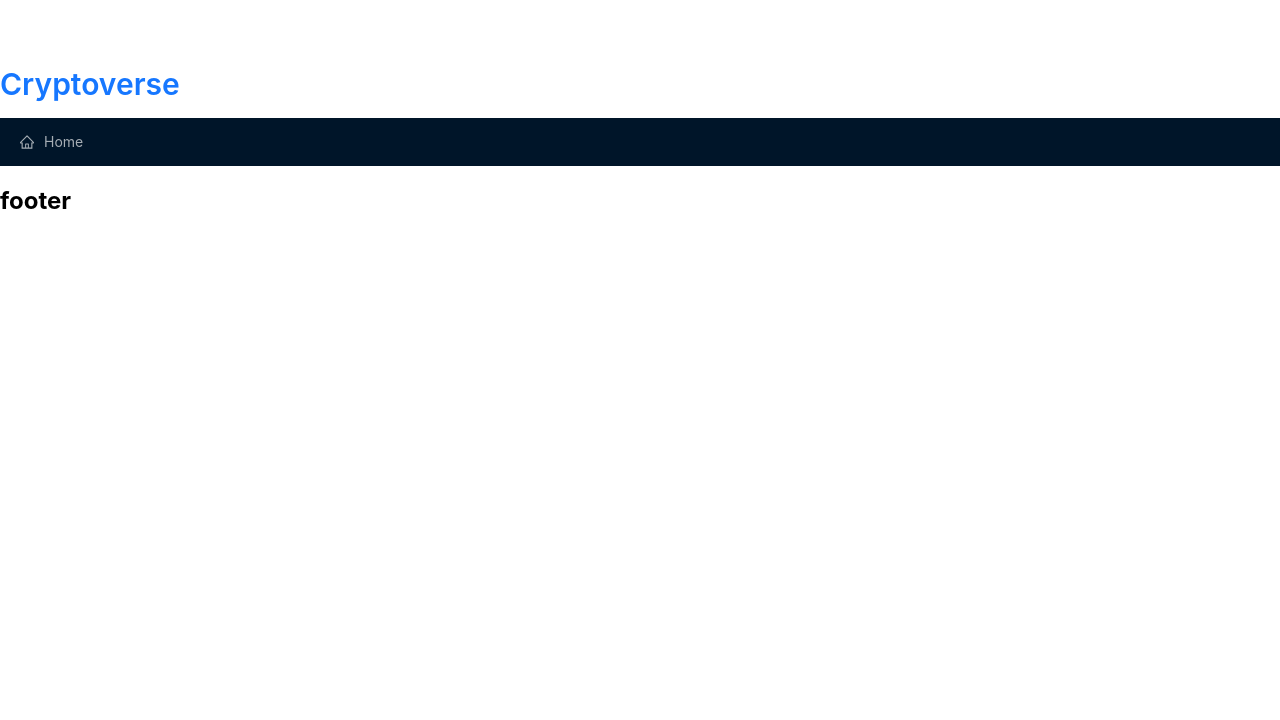
Repository: EyanIngles/CryptoWatcher
Page: /news
These files come from the project's save history. The page is drawn as it stood at one moment and after the next save; the edit follows.
The browser window is 1280 px wide. The pictures show the whole page.
The project was rebuilt for these pictures with package versions that can differ from the ones it lists, and the page was loaded fresh each time. A package was used in the major version that the imports need, not the one package.json lists.

Above is the page before, as saved 2024-04-30 17:32:37.

After the next save:
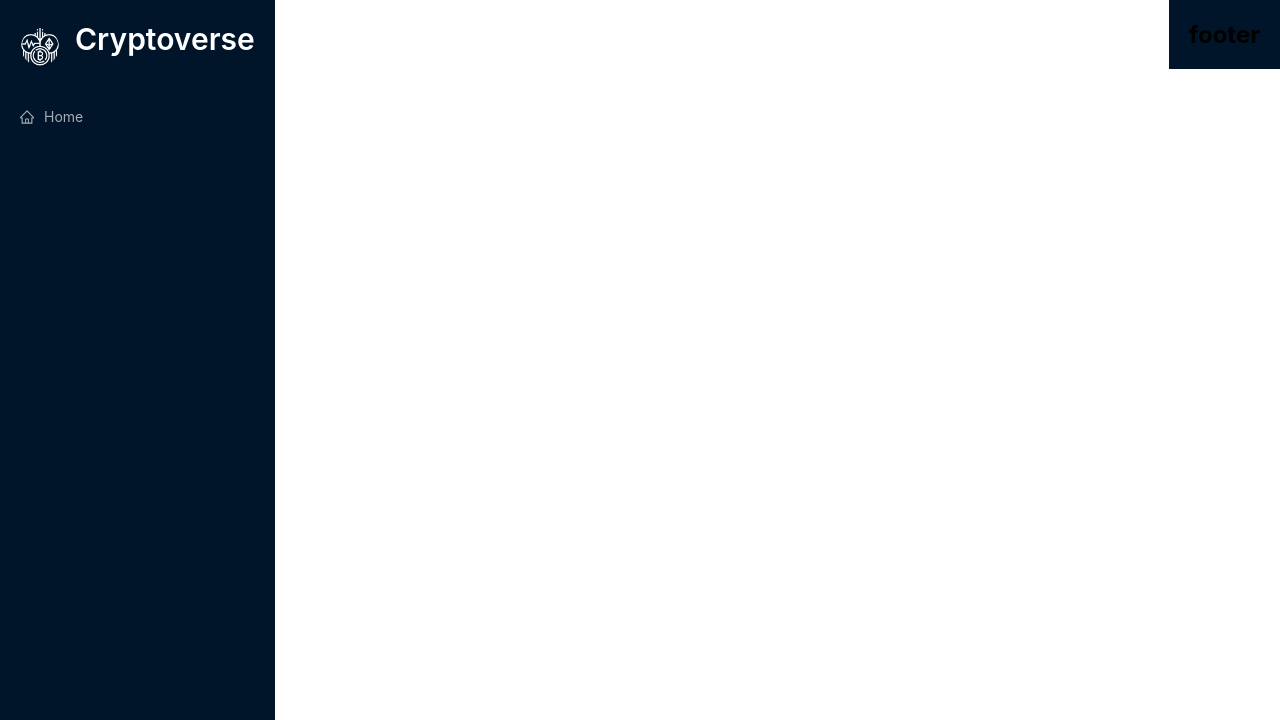
Saved 78 s later.
--- a/src/App.js
+++ b/src/App.js
@@ -1,5 +1,5 @@
 import React from 'react'
-import '.App.css'
+import './App.css';
 import { Switch, Route, Link } from 'react-router-dom';
 import { Layout, Typography, Space } from 'antd';
 
